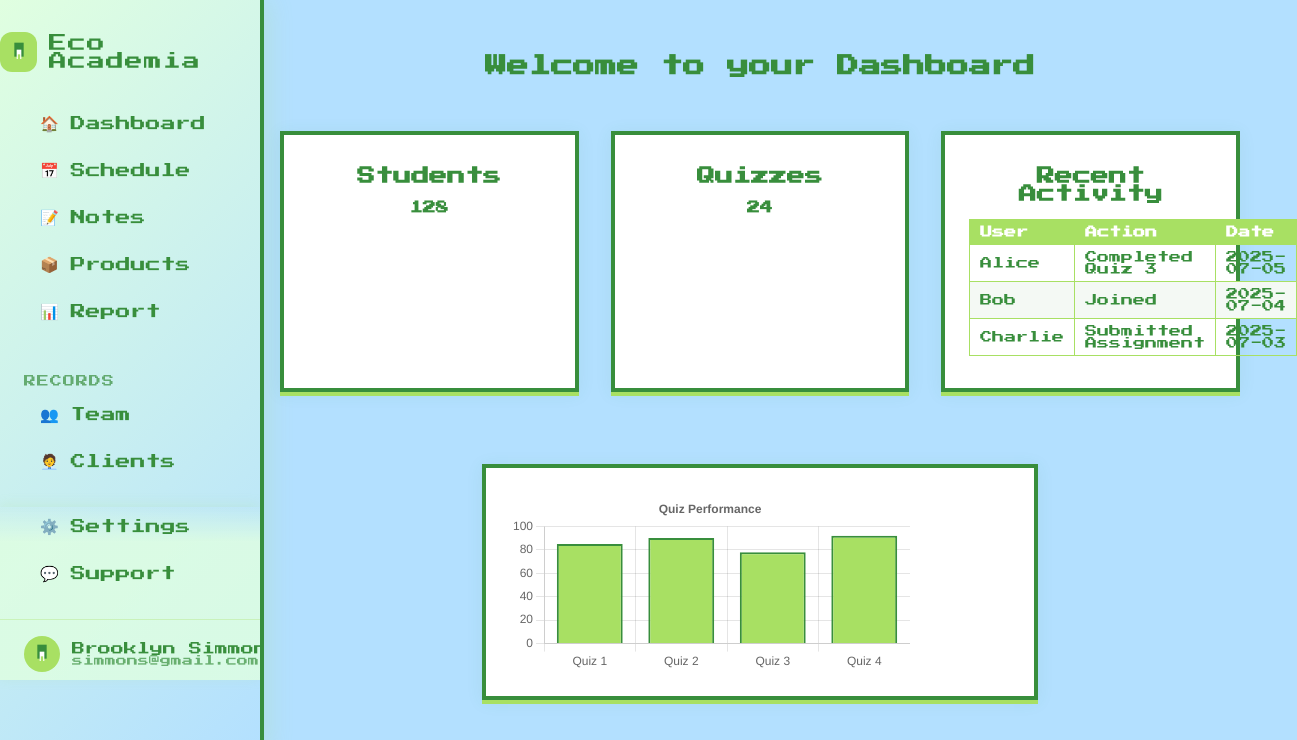
Repository: hotaruhshs/eco-academia
Page: admin/dashboard.html
The author's editor kept a copy of each file at every save. The page is drawn from the files as they stood at one save, then again after the next save.
The browser window is 1280 px wide. The page is 1297 px wide, so the pictures cover 1297 px, including what lies to the right of the window. The pictures show the whole page.

Above is the page before, as saved 2025-07-06 01:59:44.

After the next save:
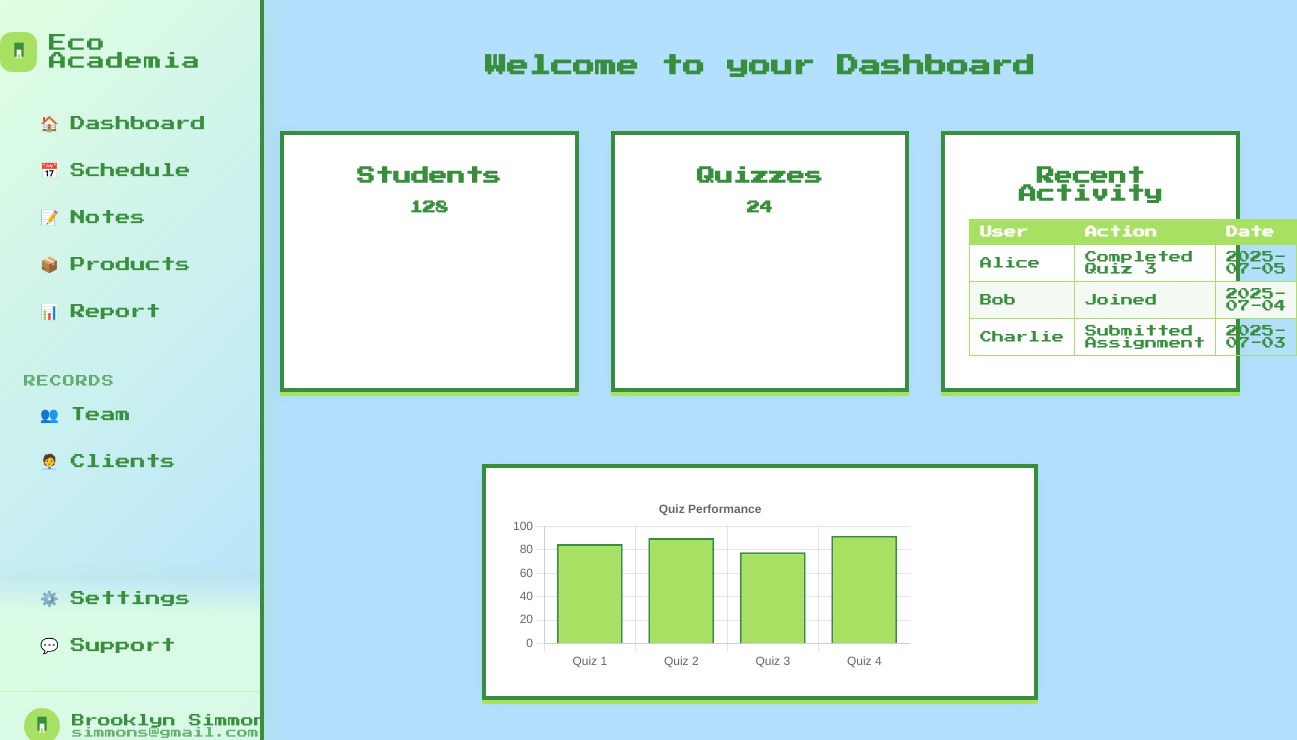
Saved 16 s later.
--- a/admin/dashboard.html
+++ b/admin/dashboard.html
@@ -24,35 +24,37 @@
         </div>
         <span class="sidebar-title">Eco Academia</span>
       </div>
-      <div class="sidebar-section">
-        <ul>
-          <li>
-            <a href="#"><span>🏠</span> Dashboard</a>
-          </li>
-          <li>
-            <a href="#"><span>📅</span> Schedule</a>
-          </li>
-          <li>
-            <a href="#"><span>📝</span> Notes</a>
-          </li>
-          <li>
-            <a href="#"><span>📦</span> Products</a>
-          </li>
-          <li>
-            <a href="#"><span>📊</span> Report</a>
-          </li>
-        </ul>
-      </div>
-      <div class="sidebar-section">
-        <div class="sidebar-section-title">RECORDS</div>
-        <ul>
-          <li>
-            <a href="#"><span>👥</span> Team</a>
-          </li>
-          <li>
-            <a href="#"><span>🧑‍💼</span> Clients</a>
-          </li>
-        </ul>
+      <div class="sidebar-content">
+        <div class="sidebar-section">
+          <ul>
+            <li>
+              <a href="#"><span>🏠</span> Dashboard</a>
+            </li>
+            <li>
+              <a href="#"><span>📅</span> Schedule</a>
+            </li>
+            <li>
+              <a href="#"><span>📝</span> Notes</a>
+            </li>
+            <li>
+              <a href="#"><span>📦</span> Products</a>
+            </li>
+            <li>
+              <a href="#"><span>📊</span> Report</a>
+            </li>
+          </ul>
+        </div>
+        <div class="sidebar-section">
+          <div class="sidebar-section-title">RECORDS</div>
+          <ul>
+            <li>
+              <a href="#"><span>👥</span> Team</a>
+            </li>
+            <li>
+              <a href="#"><span>🧑‍💼</span> Clients</a>
+            </li>
+          </ul>
+        </div>
       </div>
       <div class="sidebar-bottom">
         <div class="sidebar-section">
